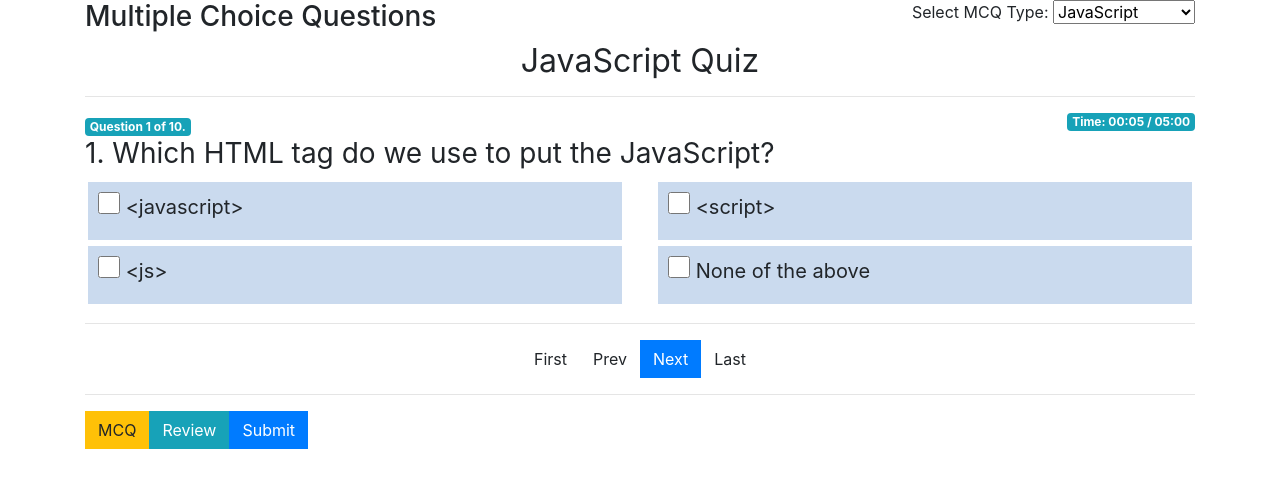
Repository: 2016272041/Online-Ass-Test1-
Page: /
The author's editor kept a copy of each file at every save. The page is drawn from the files as they stood at one save, then again after the next save.
The browser window is 1280 px wide. The pictures show the whole page.
The project was rebuilt for these pictures with package versions that can differ from the ones it lists, and the page was loaded fresh each time. Also part of the build but not shown: angular.json.

Above is the page before, as saved 2019-07-23 15:37:50.

After the next save:
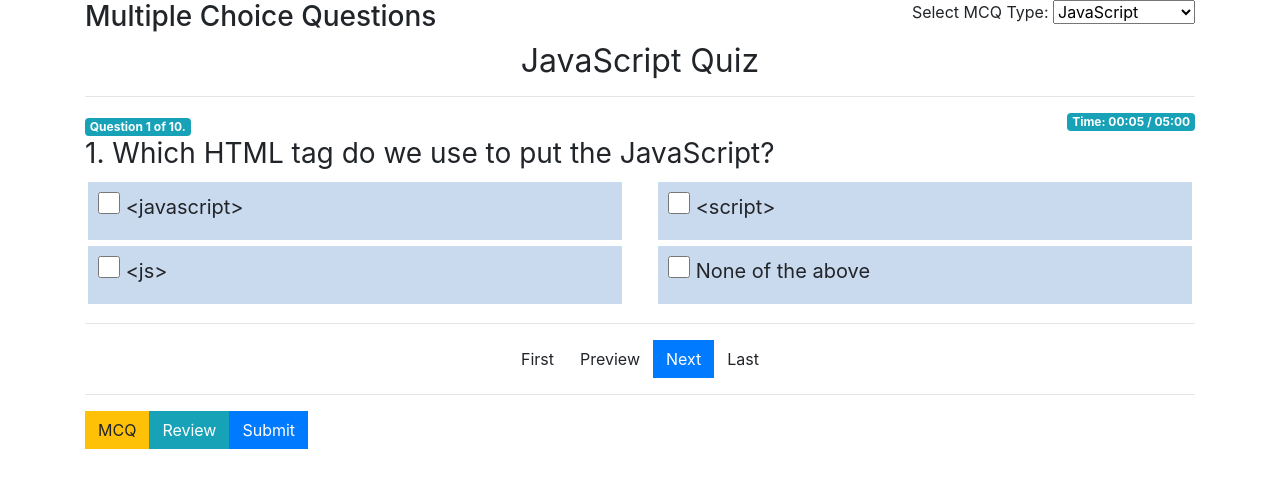
Saved 44 s later.
--- a/src/app/quiz/quiz.component.html
+++ b/src/app/quiz/quiz.component.html
@@ -33,7 +33,7 @@
     <hr />
     <div class="text-center">
       <button class="btn btn-default" *ngIf="config.allowBack" (click)="goTo(0);">First</button>
-      <button class="btn btn-default" *ngIf="config.allowBack" (click)="goTo(pager.index - 1);">Prev</button>
+      <button class="btn btn-default" *ngIf="config.allowBack" (click)="goTo(pager.index - 1);">Preview</button>
       <button class="btn btn-primary" (click)="goTo(pager.index + 1);">Next</button>
       <button class="btn btn-default" *ngIf="config.allowBack" (click)="goTo(pager.count - 1);">Last</button>
       <!--<pagination *ngIf="config.showPager" direction-links="false" total-items="totalItems" items-per-page="itemsPerPage" ng-model="currentPage" ng-change="pageChanged()"></pagination>-->
